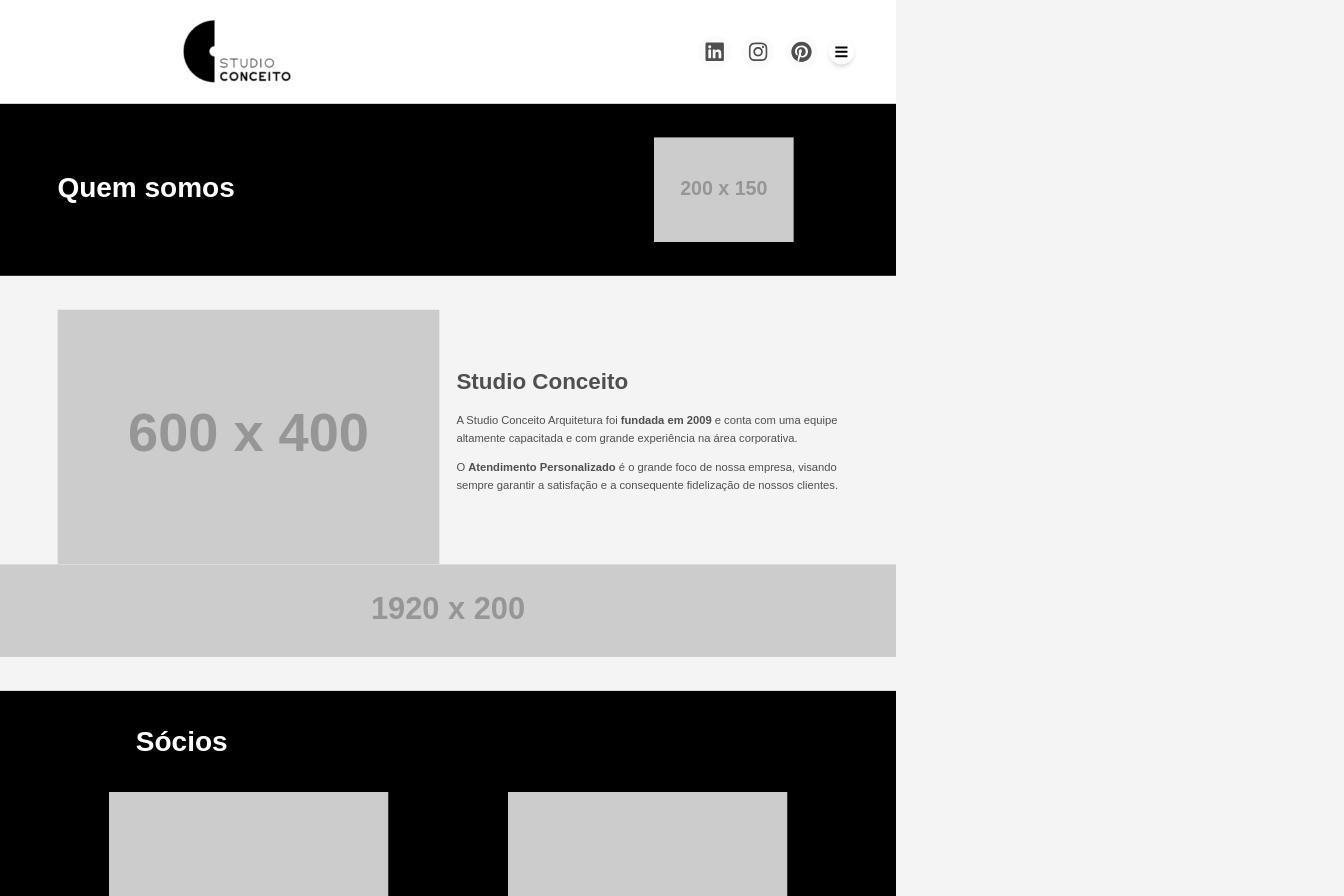
Repository: Upstairs-Agencia/studio-conceito-react
Page: /quem-somos
The author's editor kept a copy of each file at every save. The page is drawn from the files as they stood at one save, then again after the next save.
The browser window is 1280 px wide. The page is 1280 px wide, then 1920 px, so the pictures cover 1920 px, including what lies to the right of the window. The pictures show the part of the page from y = 0 to 1280 px (the page is 2591 px tall before and 2657 px after), at 70% of full size.
The project was rebuilt for these pictures with package versions that can differ from the ones it lists, and the page was loaded fresh each time. Also part of the build but not shown: src/pages/Home.js, src/pages/Servicos.js, src/styles/cases.css, src/pages/Cases.js, src/pages/Blog.js, src/pages/Clientes.js, src/pages/Contato.js.

Above is the page before, as saved 2024-12-29 12:17:44.

### public/index.html
<!DOCTYPE html>
<html lang="en">
  <head>
    <meta charset="utf-8" />
    <link rel="icon" href="%PUBLIC_URL%/favicon.ico" />
    <meta name="viewport" content="width=device-width, initial-scale=1" />
    <meta name="theme-color" content="#000000" />
    <meta
      name="description"
      content="Web site created using create-react-app"
    />
    <link rel="apple-touch-icon" href="%PUBLIC_URL%/logo192.png" />
    <!--
      manifest.json provides metadata used when your web app is installed on a
      user's mobile device or desktop. See https://developers.google.com/web/fundamentals/web-app-manifest/
    -->
    <link rel="manifest" href="%PUBLIC_URL%/manifest.json" />
    <!--
      Notice the use of %PUBLIC_URL% in the tags above.
      It will be replaced with the URL of the `public` folder during the build.
      Only files inside the `public` folder can be referenced from the HTML.

      Unlike "/favicon.ico" or "favicon.ico", "%PUBLIC_URL%/favicon.ico" will
      work correctly both with client-side routing and a non-root public URL.
      Learn how to configure a non-root public URL by running `npm run build`.
    -->
    <title>Studio Conceito</title>
  </head>
  <body>
    <noscript>You need to enable JavaScript to run this app.</noscript>
    <div id="root"></div>
    <!--
      This HTML file is a template.
      If you open it directly in the browser, you will see an empty page.

      You can add webfonts, meta tags, or analytics to this file.
      The build step will place the bundled scripts into the <body> tag.

      To begin the development, run `npm start` or `yarn start`.
      To create a production bundle, use `npm run build` or `yarn build`.
    -->
  </body>
</html>

### src/index.js

import React from 'react';
import ReactDOM from 'react-dom';
import App from './App';
import 'mdb-react-ui-kit/dist/css/mdb.min.css'; // MDB styles
import './index.css'; // Global styles

ReactDOM.render(
  <React.StrictMode>
    <App />
  </React.StrictMode>,
  document.getElementById('root')
);

### src/App.js

import React from 'react';
import { BrowserRouter as Router, Routes, Route } from 'react-router-dom';
import Home from './pages/Home';
import QuemSomos from './pages/QuemSomos';
import Servicos from './pages/Servicos';
import Cases from './pages/Cases';
import Blog from './pages/Blog';
import Clientes from './pages/Clientes';
import Contato from './pages/Contato';

function App() {
  return (
    <Router>
      <Routes>
        <Route path="/" element={<Home />} />
        <Route path="/quem-somos" element={<QuemSomos />} />
        <Route path="/servicos" element={<Servicos />} />
        <Route path="/cases" element={<Cases />} />
        <Route path="/blog" element={<Blog />} />
        <Route path="/clientes" element={<Clientes />} />
        <Route path="/contato" element={<Contato />} />
      </Routes>
    </Router>
  );
}

export default App;

### src/index.css

body {
  margin: 0;
  font-family: Arial, sans-serif;
  background-color: #f4f4f4;
}

### src/pages/QuemSomos.js
import React from "react";
import Navbar from "../components/navbar"; // Importando o componente Navbar
import { MDBContainer, MDBRow, MDBCol } from "mdb-react-ui-kit";
import { FaBullseye, FaEye, FaHeart } from "react-icons/fa";

import Footer from "../components/footer";
import "../styles/quemsomos.css";

export default function QuemSomos() {
  return (
    <>
      {/* Navbar */}
      <Navbar />

      {/* Seção de cabeçalho do quem somos */}
      <section className="bg-black text-white py-5">
        <MDBContainer>
          <MDBRow className="align-items-center">
            <MDBCol md="6">
              <h1 className="fw-bold">Quem somos</h1>
            </MDBCol>
            <MDBCol md="6" className="text-end">
              <img
                src="https://placehold.co/200x150" // Imagem maior para seguir o padrão original
                alt="Padrão gráfico"
                style={{ maxWidth: "200px", marginRight: "4rem" }}
              />
            </MDBCol>
          </MDBRow>
        </MDBContainer>
      </section>

      {/* Quem Somos Section */}
      <section className="py-5 ">
        <MDBContainer>
          <MDBRow className="align-items-center">
            <MDBCol md="6">
              <img
                src="https://via.placeholder.com/600x400"
                alt="Studio Conceito"
                className="img-fluid"
              />
            </MDBCol>
            <MDBCol md="6">
              <h2 className="fw-bold mb-4">Studio Conceito</h2>
              <p>
                A Studio Conceito Arquitetura foi{" "}
                <strong>fundada em 2009</strong> e conta com uma equipe
                altamente capacitada e com grande experiência na área
                corporativa.
              </p>
              <p>
                O <strong>Atendimento Personalizado</strong> é o grande foco de
                nossa empresa, visando sempre garantir a satisfação e a
                consequente fidelização de nossos clientes.
              </p>
            </MDBCol>
          </MDBRow>

        </MDBContainer>
        <img
            src="https://via.placeholder.com/1920x200"
            alt="Studio Conceito"
            className="img-fluid"
        />
      </section>

      {/* Sócios Section */}
      <section className="py-5 socios text-white">
        <MDBContainer>
          <h1 className="text-left titulosocios fw-bold mb-5">Sócios</h1>
          <MDBRow className="text-center">
            <MDBCol md="6" className="mb-4">
              <div className="team-member">
                <img
                  src="https://via.placeholder.com/400x400"
                  alt="Arq. Cristina Castilho"
                  className="img-fluid mb-2"
                />
                <h4 className="fw-bold">Arq. Cristina Castilho</h4>
                <p>CEO | Sócia fundadora</p>
              </div>
            </MDBCol>
            <MDBCol md="6" className="mb-4">
              <div className="team-member">
                <img
                  src="https://via.placeholder.com/400x400"
                  alt="Arq. Gabriel Castilho"
                  className="img-fluid mb-2"
                />
                <h4 className="fw-bold">Arq. Gabriel Castilho</h4>
                <p>COO | Sócio fundador</p>
              </div>
            </MDBCol>
          </MDBRow>
        </MDBContainer>
      </section>

      {/* Atendemos em todo Brasil Section */}
      <section className="py-5 bg-light">
        <MDBContainer>
          <MDBRow className="align-items-center">
            <MDBCol md="6" className="title-container">
              <h1 className="atendemos-title">Atendemos</h1>
              <h1 className="brasil-title">em todo Brasil</h1>
            </MDBCol>
            <MDBCol md="6">
              <p className="text-large">
                Com uma equipe multidisciplinar e altamente capacitada, composta
                por arquitetos, engenheiros e designers, apresentamos as
                melhores soluções para as demandas de nossos clientes, tanto na
                área de <span className="fw-bold">projeto</span> como de{" "}
                <span className="fw-bold">obra</span>.
              </p>
              <p className="text-large">
                Adequamos nossos times às necessidades de cada solicitação,
                sejam elas projetos, gerenciamento e execução de obra. Do início
                ao fim, ficamos ao lado do cliente{" "}
                <span className="fw-bold">cuidando de todos os detalhes!</span>
              </p>
            </MDBCol>
          </MDBRow>
        </MDBContainer>
      </section>

      {/* Missão, Visão e Valores Section */}
      <section className="py-5 bg-white">
        <MDBContainer>
          <MDBRow className="text-center mission-row">
            <MDBCol md="4" className="mission-col">
              <div className="icon-container">
                <FaBullseye size={40} color="#3d7cc9" />
              </div>
              <h5 className="fw-bold">Missão</h5>
              <div className="divider"></div>
              <p>
                Apresentar as melhores soluções para as demandas dos nossos
                clientes, tanto na área de projeto como de obra.
              </p>
            </MDBCol>
            <MDBCol md="4" className="mission-col">
              <div className="icon-container">
                <FaEye size={40} color="#3d7cc9" />
              </div>
              <h5 className="fw-bold">Visão</h5>
              <div className="divider"></div>
              <p>
                Queremos ser reconhecidos como a empresa que mais cuida de seus
                clientes e colaboradores, próximos e atentos a todos os
                detalhes.
              </p>
            </MDBCol>
            <MDBCol md="4" className="mission-col">
              <div className="icon-container">
                <FaHeart size={40} color="#3d7cc9" />
              </div>
              <h5 className="fw-bold">Valores</h5>
              <div className="divider"></div>
              <p>
                Ética, Transparência, Respeito à Vida, Inovação, Paixão,
                Excelência, Flexibilidade, Sustentabilidade, Equilíbrio e
                Fidelização.
              </p>
            </MDBCol>
          </MDBRow>
        </MDBContainer>

        <Footer />
      </section>
    </>
  );
}

### src/components/navbar.js
import React, { useState } from "react";

import Logo from "../images/logoBlack.png";

import {
  MDBNavbar,
  MDBNavbarBrand,
  MDBContainer,
} from "mdb-react-ui-kit";
import { FaLinkedin, FaInstagram, FaPinterest, FaBars } from "react-icons/fa";
import { IoIosClose } from "react-icons/io";
import { Link } from "react-router-dom";

import SeloGptw from "../images/selo-gptw.png";

const Navbar = () => {
  const [showMenu, setShowMenu] = useState(false);

  return (
    <>
      {/* Navbar */}
      <MDBNavbar dark bgColor="white" className="py-4 px-5">
        <MDBContainer fluid className="d-flex justify-content-between align-items-center">
          {/* Logo */}
          <MDBNavbarBrand href="#" className="ms-5">
            <img
              src={Logo}
              alt="Logo"
              style={{ maxHeight: "90px", marginLeft: "12vw"}}
            />
          </MDBNavbarBrand>

          {/* Social Icons and Menu Toggle */}
          <div className="d-flex align-items-center">
            {/* Social Icons */}
            <div className="d-flex gap-3 me-3">
              <button className="btn btn-light rounded-circle p-2">
                <FaLinkedin size={30} />
              </button>
              <button className="btn btn-light rounded-circle p-2">
                <FaInstagram size={30} />
              </button>
              <button className="btn btn-light rounded-circle p-2">
                <FaPinterest size={30} />
              </button>
            </div>

            {/* FaBars Icon for Sidebar */}
            <button
              className="btn rounded-circle p-2"
              style={{
                background: "none",
                border: "none",
                cursor: "pointer",
              }}
              onClick={() => setShowMenu(!showMenu)}
            >
              <FaBars size={20} color="black" />
            </button>
          </div>
        </MDBContainer>
      </MDBNavbar>

      {/* Sidebar Menu */}
      {showMenu && (
        <div
          className="position-fixed top-0 end-0 bg-white vh-100 vw-350 shadow-lg d-flex flex-column"
          style={{ zIndex: 1050, width: "500px" }}
        >
          <div className="d-flex justify-content-end p-3">
            {/* Close Button */}
            <button
              className="p-0"
              style={{
                background: "none",
                border: "none",
                cursor: "pointer",
              }}
              onClick={() => setShowMenu(false)}
            >
              <IoIosClose size={40} />
            </button>
          </div>





          <div className="p-4 flex-grow-1">
            {/* Menu Items */}
            <ul className="list-unstyled">
              {[
                { label: "Home", link: "/" },
                { label: "Quem somos", link: "/quem-somos" },
                { label: "Serviços", link: "/servicos" },
                { label: "Cases", link: "/cases" },
                { label: "Blog", link: "/blog" },
                { label: "Clientes", link: "/clientes" },
                { label: "Contato", link: "/contato" },
              ].map((item, index) => (
                <li key={index} className="py-2">
                  <Link
                    to={item.link}
                    className="text-decoration-none fs-6"
                    style={{
                      transition: "all 0.3s ease-in-out", // Transição suave
                      color:"black"
                    }}
                    onMouseOver={(e) => {
                      e.currentTarget.style.color = "#FF7F30"; // Altera a cor
                      e.currentTarget.style.fontWeight = "bold"; // Negrito
                    }}
                    onMouseOut={(e) => {
                      e.currentTarget.style.color = "black"; // Retorna à cor original
                      e.currentTarget.style.fontWeight = "normal"; // Retira o negrito
                    }}
                  >
                    {item.label}
                  </Link>
                </li>
              ))}
            </ul>
          </div>



          {/* Footer Section */}
          <div className="d-flex justify-content-between align-items-center px-4 pb-4">
            {/* Social Icons */}
            <div className="d-flex gap-3">
              <button className="btn btn-dark rounded-circle p-2">
                <FaLinkedin size={20} color="white" />
              </button>
              <button className="btn btn-dark rounded-circle p-2">
                <FaInstagram size={20} color="white" />
              </button>
              <button className="btn btn-dark rounded-circle p-2">
                <FaPinterest size={20} color="white" />
              </button>
            </div>

            {/* Placeholder Image */}
            <img
              src={SeloGptw}
              alt="Great Place to Work"
              style={{ maxHeight: "200px", marginBottom: "4rem" }}
            />
          </div>
        </div>
      )}
    </>
  );
};

export default Navbar;

### src/components/footer.js
import React from "react";
import { MDBFooter, MDBContainer, MDBRow, MDBCol } from "mdb-react-ui-kit";
import Logo from "../images/logoBlack.png";
import "../styles/footer.css";

const Footer = () => {
  return (
    <MDBFooter className="footer-container text-center text-white">
      <MDBContainer className="p-4 footer-content">

        <MDBRow className="content-signature">
            {/* Logo e Nome */}
            <MDBCol md="4" className="mb-4 footer-left">
                <img
                    src={Logo}
                    alt="Studio Conceito Logo"
                    className="footer-logo"
                />

                {/* Navegação */}
                <MDBCol md="4" className="mb-3 footer-center">
                    <nav className="footer-nav">
                        <a href="/">Home</a>
                        <a href="/quem-somos"> Quem somos </a>
                        <a href="/servicos">Serviços</a>
                        <a href="/cases">Cases</a>
                        <a href="/blog">Blog</a>
                        <a href="/clientes">Clientes</a>
                        <a href="/contato" className="footerHighlight">
                            Contato
                        </a>
                    </nav>
                </MDBCol>

            </MDBCol>

            {/* Direitos Reservados */}
            <MDBCol md="4" className="mb-4 footer-right">
                <p className="mb-0">2023 &copy; Todos os direitos reservados</p>
            </MDBCol>

        </MDBRow>



      </MDBContainer>
    </MDBFooter>
  );
};

export default Footer;

### src/styles/quemsomos.css
.socios{
    background-color: #000;
}

.titulosocios{
    margin-left: 7rem;
}

/* Título: Atendemos em todo Brasil */
.title-container {
    text-align: left;
  }

  .atendemos-title {
    font-size: 2.5rem;
    font-weight: normal;
    color: #000;
  }

  .brasil-title {
    font-size: 2.5rem;
    font-weight: bold;
    color: #000;
    margin-top: -10px; /* Para aproximar os textos */
  }

  /* Texto em letras maiores */
  .text-large {
    font-size: 1.2rem;
    line-height: 1.8;
    text-align: left;
  }

  /* Missão, Visão e Valores */
  .mission-row {
    justify-content: space-between;
  }

  .mission-col {
    text-align: left;
    max-width: 400px;
  }

  .icon-container {
    margin-bottom: 10px;
  }

  .divider {
    width: 100%;
    height: 2px;
    background-color: #000;
    margin: 10px auto;
  }

  /* Responsividade */
  @media (max-width: 768px) {
    .atendemos-title,
    .brasil-title {
      font-size: 2rem;
    }

    .text-large {
      font-size: 1rem;
    }

    .mission-col {
      max-width: 100%;
    }
  }

### src/styles/footer.css
.footer-container {
    background-color: white;
    height: 25vh !important; /* Ocupa 30% da altura da tela */
    display: flex;
    justify-content: center;
    align-items: center;
    color: black;
    font-family: Arial, sans-serif;
    margin: 1rem 0;
  }

  .footer-content {
    height: 100%; /* Garante que o conteúdo ocupe toda a altura do footer */
  }

  .content-signature{
    display: flex;
    flex-direction: row;
  }

  .footer-left {
    display: flex;
    flex-direction: column;
  }

  .footer-logo {
    max-width: 40%; /* Aumenta a imagem para 40% de seu tamanho */
    margin-bottom: 10px;
  }


  .footer-center {
    text-align: center;
    margin: 2rem 0;
  }

  .footer-nav{
    display: flex;
    flex-direction: row;
    justify-content: space-around;
    width:35vw;

  }

  .footerHighlight {
    color: #ff6600 !important;
  }

  .footer-nav a {
    margin: 1px 1rem;
    text-decoration: none;
    color: #000;
    font-size: 1rem;
    transition: color 0.3s ease;
  }

  .footer-nav a:hover {
    color: #ff6600;
  }



  .footer-right {
    text-align: center;
    display: flex;
    justify-content: center;
    align-items: center;
    margin-left: 20vw;
    font-size: 0.9rem;
    color: #000;
  }

After the next save:
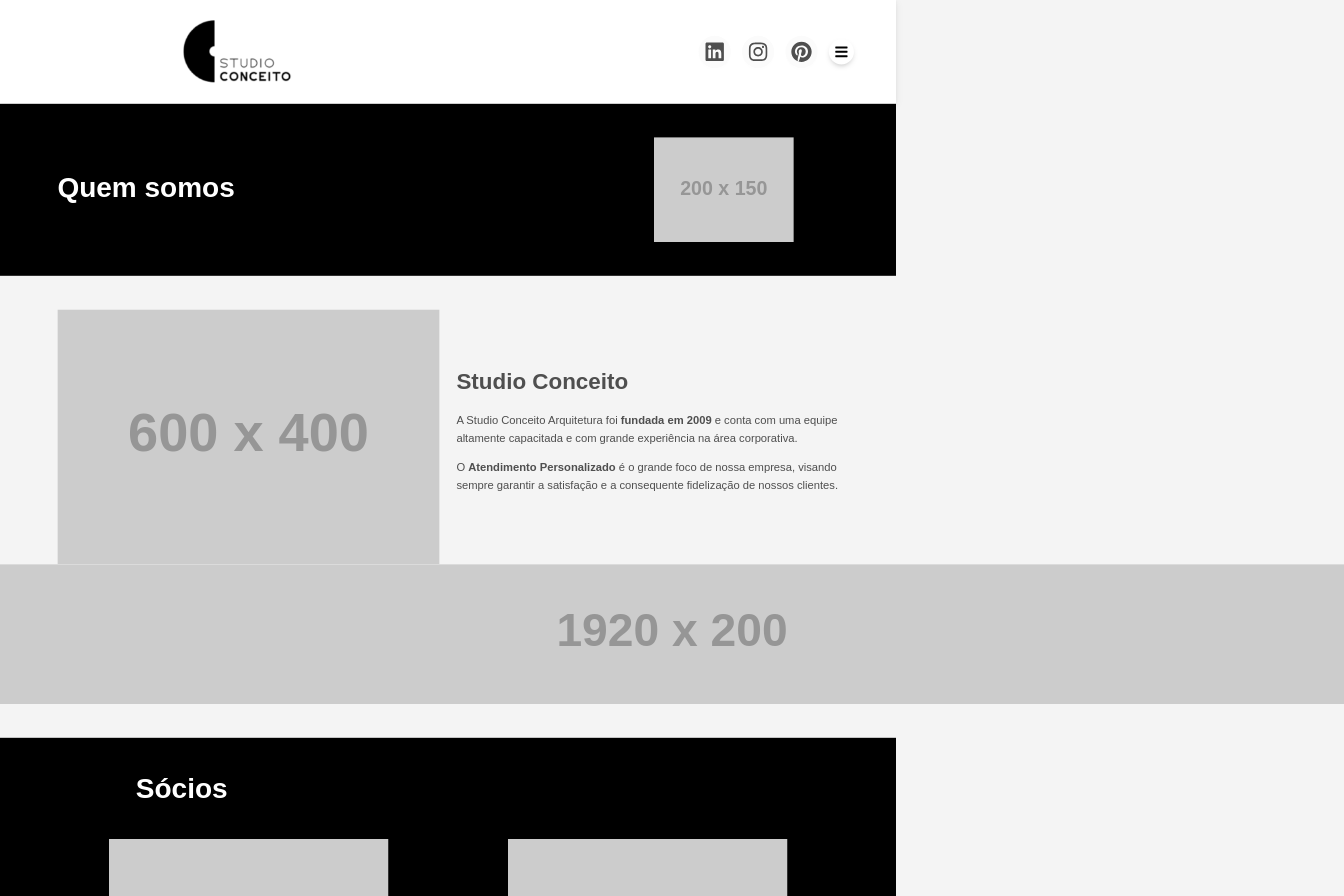
Saved 2 min 10 s later.
--- a/src/pages/QuemSomos.js
+++ b/src/pages/QuemSomos.js
@@ -61,7 +61,7 @@ export default function QuemSomos() {
         <img
             src="https://via.placeholder.com/1920x200"
             alt="Studio Conceito"
-            className="img-fluid"
+            className="imagemfundo"
         />
       </section>
 
